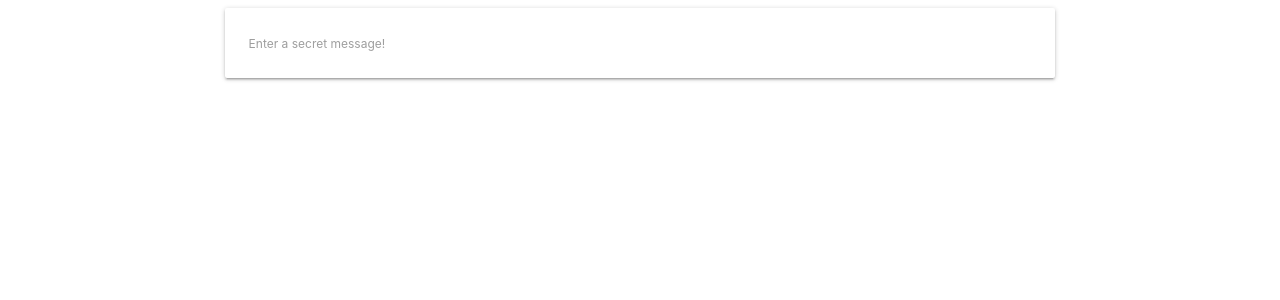
Repository: Sbethm/secret-message-sharing-app
Page: index.html
These files come from the project's save history. The page is drawn as it stood at one moment and after a run of saves; the edit follows.
The browser window is 1280 px wide. The pictures show the whole page.

Above is the page before, as saved 2021-10-11 16:02:06.

### index.html
<!DOCTYPE html>
<html lang="en">
<head>
    <meta charset="UTF-8">
    <meta http-equiv="X-UA-Compatible" content="IE=edge">
    <meta name="viewport" content="width=device-width, initial-scale=1.0">
    <link rel="stylesheet" href="https://cdnjs.cloudflare.com/ajax/libs/materialize/1.0.0/css/materialize.min.css">
    <title>Secret Message Sharing App with Friends!</title>
</head>
<body>
    <div class="row">
        <div class="col s8 offset-s2">
            <div class="card-panel">
                <form action="">
                    <label for="">Enter a secret message!</label>

                </form>
            </div>
        </div>
    </div>
    <script src="apps.js"></script>
</body>
</html>

Loaded but not shown: apps.js (common file)

After the next 3 saves:
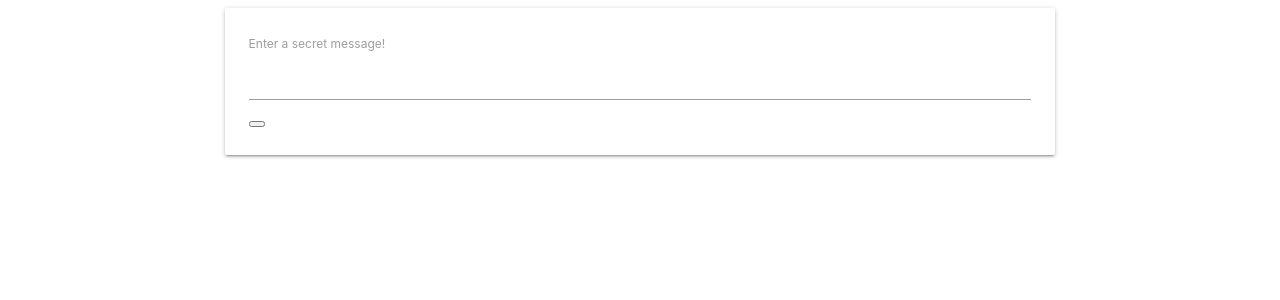
The 3 saves are shown as one change because they came seconds apart.
The last was saved 19 s later.
--- a/index.html
+++ b/index.html
@@ -13,7 +13,8 @@
             <div class="card-panel">
                 <form action="">
                     <label for="">Enter a secret message!</label>
-
+                    <input />
+                    <button
                 </form>
             </div>
         </div>
